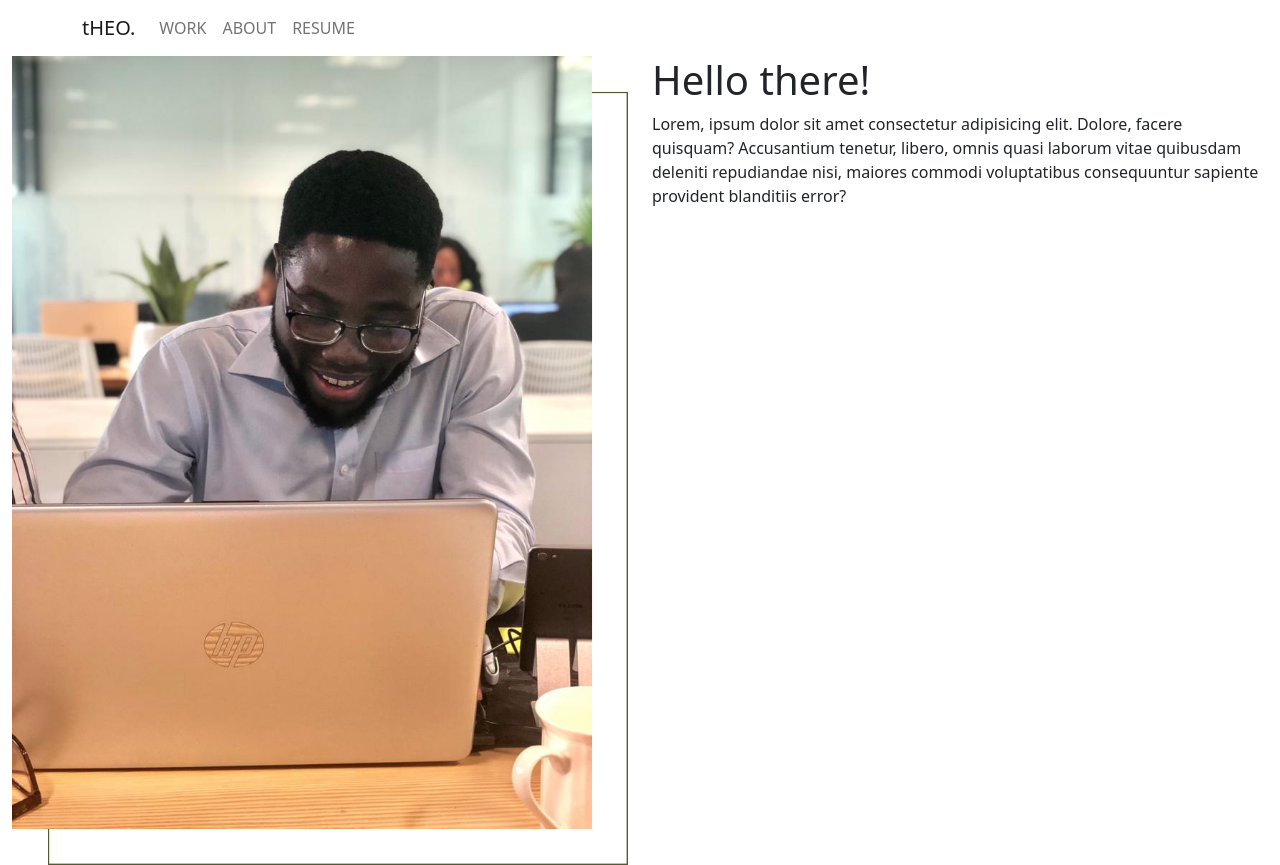
Repository: tHEO2k17/portfolio
Page: /
The author's editor kept a copy of each file at every save. The page is drawn from the files as they stood at one save, then again after the next save.
The browser window is 1280 px wide. The pictures show the whole page.
The project was rebuilt for these pictures with package versions that can differ from the ones it lists, and the page was loaded fresh each time.

Above is the page before, as saved 2021-07-21 23:02:15.

After the next save:
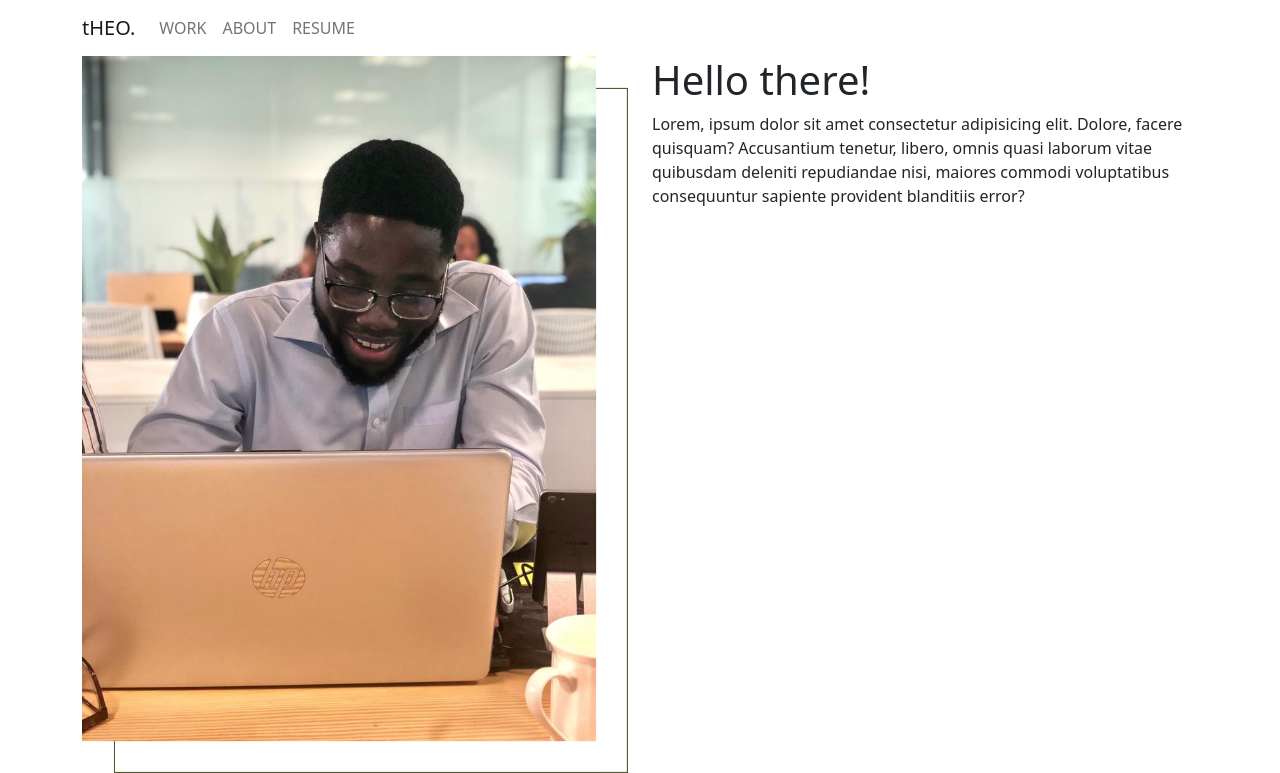
Saved 55 s later.
--- a/src/presentation/pages/HomePage.tsx
+++ b/src/presentation/pages/HomePage.tsx
@@ -17,15 +17,19 @@ export default function HomePage() {
                 </Container>
             </Navbar>
 
-            <Row>
-                <Col> <Image src="assets/images/theo.png" fluid/> </Col>
-                <Col>
-                    <h1>Hello there!</h1>
-                    <p>
-                        Lorem, ipsum dolor sit amet consectetur adipisicing elit. Dolore, facere quisquam? Accusantium tenetur, libero, omnis quasi laborum vitae quibusdam deleniti repudiandae nisi, maiores commodi voluptatibus consequuntur sapiente provident blanditiis error?
-                    </p>
-                </Col>
-            </Row>
+            <header>
+                <Container>
+                    <Row>
+                        <Col> <Image src="assets/images/theo.png" fluid /> </Col>
+                        <Col>
+                            <h1>Hello there!</h1>
+                            <p>
+                                Lorem, ipsum dolor sit amet consectetur adipisicing elit. Dolore, facere quisquam? Accusantium tenetur, libero, omnis quasi laborum vitae quibusdam deleniti repudiandae nisi, maiores commodi voluptatibus consequuntur sapiente provident blanditiis error?
+                            </p>
+                        </Col>
+                    </Row>
+                </Container>
+            </header>
 
         </Container>
     );
